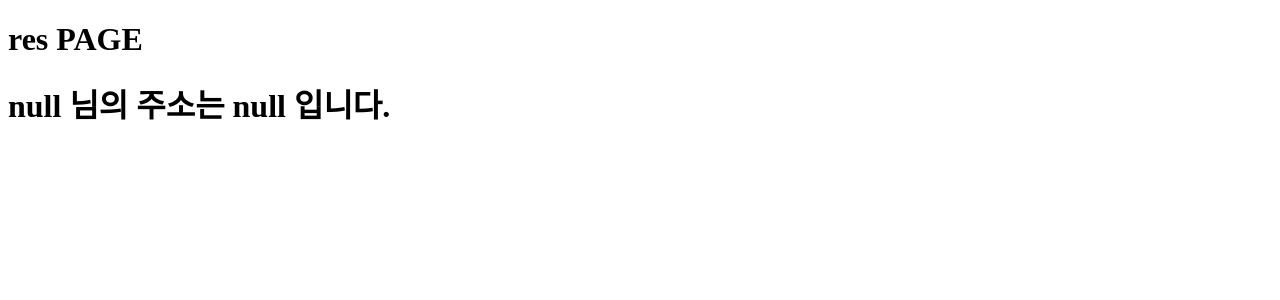
Repository: alstja98/WebService
Page: http://localhost/Java19_URI_Web/res.jsp
These files come from the project's save history. The page is drawn as it stood at one moment and after the next save; the edit follows.
The browser window is 1280 px wide. The pictures show the whole page.
The page is served by Tomcat 9.

Above is the page before, as saved 2022-04-25 06:34:47.

### 1_java/Java19_URI_Web/WebContent/res.jsp
<%@ page language="java" contentType="text/html; charset=UTF-8"
    pageEncoding="UTF-8"%>
<!DOCTYPE html>
<html>
<head>
<meta charset="UTF-8">
<title>Insert title here</title>
</head>
<body>
<%
	request.setCharacterEncoding("UTF-8");
%>
	<h1>res PAGE</h1>
	<h1><%=request.getParameter("tname")  %> 님의 주소는 <%=request.getParameter("taddr") %> 입니다. </h1>
</body>
</html>

After the next save:
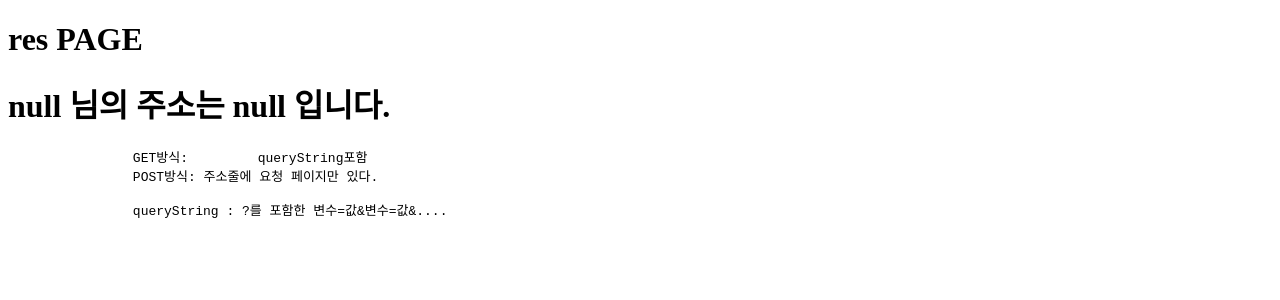
Saved 36 min 29 s later.
--- a/1_java/Java19_URI_Web/WebContent/res.jsp
+++ b/1_java/Java19_URI_Web/WebContent/res.jsp
@@ -12,5 +12,14 @@
 %>
 	<h1>res PAGE</h1>
 	<h1><%=request.getParameter("tname")  %> 님의 주소는 <%=request.getParameter("taddr") %> 입니다. </h1>
+
+	<Pre>
+		GET방식: 	queryString포함
+		POST방식: 주소줄에 요청 페이지만 있다.
+
+		queryString : ?를 포함한 변수=값&변수=값&....
+
+	</Pre>
+
 </body>
 </html>
